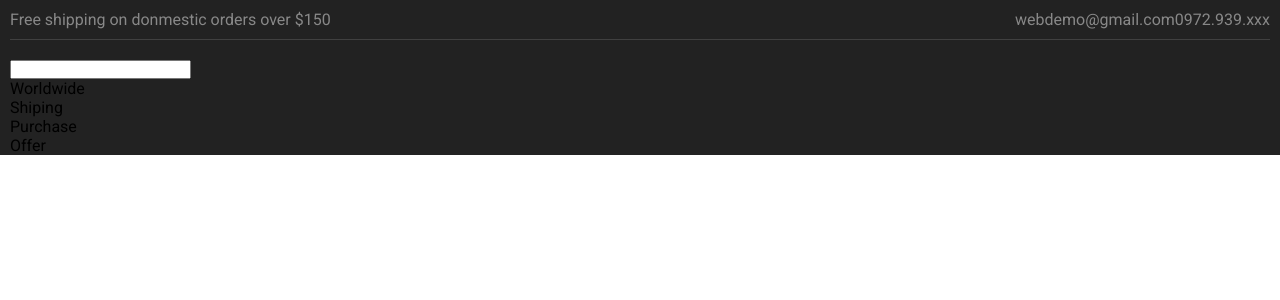
Repository: ldminh95/demo01
Page: index.html
An editor plug-in stored every save of this project. The page is shown before and after the next save, followed by the edit.
The browser window is 1280 px wide. The pictures show the whole page.

Above is the page before, as saved 2023-09-09 15:54:51.

### index.html
<!DOCTYPE html>
<html lang="en">
<head>
    <meta charset="UTF-8">
    <meta name="viewport" content="width=device-width, initial-scale=1.0">
    <title>Mẫu web điện máy</title>
    <link rel="stylesheet" href="style.css">
</head>
<body>
    <header>
        <div class="inner">
            <div class="header_info">
                <div class="info_left">
                    <p>Free shipping on donmestic orders over $150</p>
                </div>
                <div class="info_right">
                    <p>webdemo@gmail.com</p>
                    <p>0972.939.xxx</p>
                </div>
            </div>
            <div class="header_logo">
                <figure class="logo">
                    <img src="" alt="">
                </figure>
                <div class="search">
                    <input type="text">
                </div>
                <div class="discount">
                    <p>Worldwide<br>Shiping</p>
                    <p>Purchase<br>Offer</p>
                </div>
            </div>
        </div>
    </header>
</body>
</html>

### style.css
@import url('https://fonts.googleapis.com/css2?family=Roboto:ital,wght@0,100;0,300;0,400;0,500;0,700;0,900;1,100;1,300;1,400;1,500;1,700;1,900&display=swap');
* {
    padding: 0;
    margin: 0;
    box-sizing: border-box;
}
body {
    font-size: 16px;
    font-family: 'Roboto', sans-serif;
}
.inner {
    max-width: 1380px;
    width: 100%;
    padding: 0 10px;
    margin: auto;
}
header {
    background-color: #222222;
}
.header_info {
    display: flex;
    justify-content: space-between;
    padding: 10px 0;
    border-bottom: 1px solid #404040;
}
.header_info .info_right {
    display: flex;
}
.header_info p {
    color: #888888;
}

After the next save:
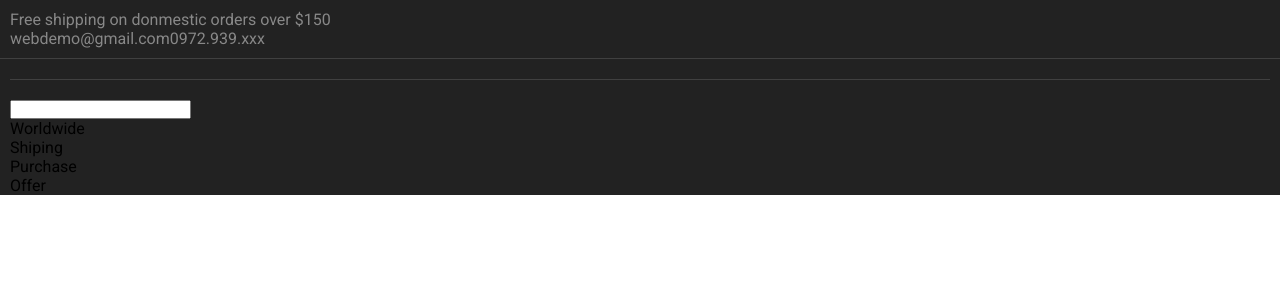
Saved 70 s later.
--- a/index.html
+++ b/index.html
@@ -8,8 +8,8 @@
 </head>
 <body>
     <header>
-        <div class="inner">
-            <div class="header_info">
+        <div class="header_info">
+            <div class="inner">
                 <div class="info_left">
                     <p>Free shipping on donmestic orders over $150</p>
                 </div>
@@ -17,6 +17,10 @@
                     <p>webdemo@gmail.com</p>
                     <p>0972.939.xxx</p>
                 </div>
+            </div>
+        </div>
+        <div class="inner">
+            <div class="header_info">
             </div>
             <div class="header_logo">
                 <figure class="logo">
